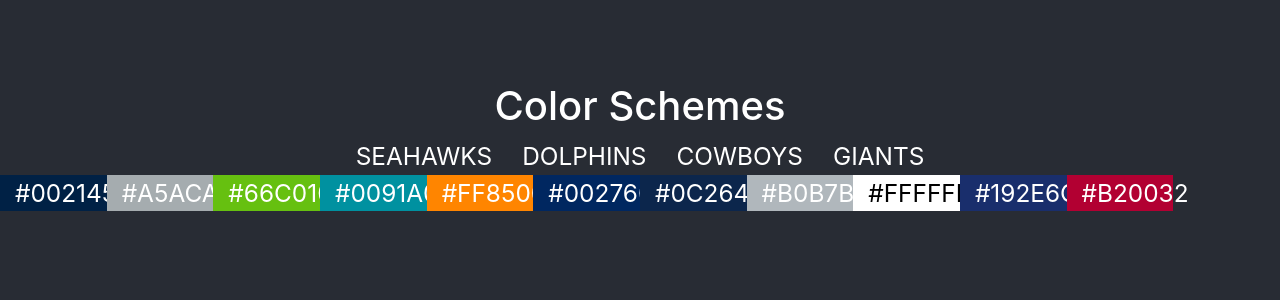
Repository: MikeTroianello/troianello.co
Page: /projects
The author's editor kept a copy of each file at every save. The page is drawn from the files as they stood at one save, then again after the next save.
The browser window is 1280 px wide. The pictures show the whole page.
The project was rebuilt for these pictures with package versions that can differ from the ones it lists, and the page was loaded fresh each time.

Above is the page before, as saved 2019-06-24 18:05:59.

### src/App.js
import React from 'react';

import './App.css';

function App() {
  return (
    <div className='App'>
      <header className='App-header'>
        <h1>Color Schemes</h1>
        <div className='container-fluid'>
          <div>
            <span className='col-3'>SEAHAWKS</span>
            <span className='col-3'>DOLPHINS</span>
            <span className='col-3'>COWBOYS</span>
            <span className='col-3'>GIANTS</span>
          </div>
          <div className='row'>
            {/* <div className='teams seahawks'> */}

            <div className='col-1 s-blue'>#002145</div>
            <div className='col-1 s-gray'>#A5ACAF</div>
            <div className='col-1 s-green'>#66C010</div>
            {/* </div> */}
            {/* <div className='col-1 teams dolphins'> */}

            <div className='col-1 d-aqua'>#0091A0</div>
            <div className='col-1 d-orange'>#FF8500</div>
            <div className='col-1 d-dark-blue'>#002760</div>
            {/* </div> */}
            {/* <div className='col-1 teams cowboys'> */}

            <div className='col-1 c-blue'>#0C264C</div>
            <div className='col-1 c-gray'>#B0B7BC</div>
            <div className='col-1 c-white'>#FFFFFF</div>
            {/* </div> */}
            {/* <div className='teams giants'> */}

            <div className='col-1 g-blue'>#192E6C</div>
            <div className='col-1 g-red'>#B20032</div>
            {/* </div> */}
          </div>
        </div>
      </header>
    </div>
  );
}

export default App;

### src/App.css
.App {
  text-align: center;
}

.App-logo {
  animation: App-logo-spin infinite 20s linear;
  height: 40vmin;
  pointer-events: none;
}

.App-header {
  background-color: #282c34;
  min-height: 100vh;
  display: flex;
  flex-direction: column;
  align-items: center;
  justify-content: center;
  font-size: calc(10px + 2vmin);
  color: white;
}

.App-link {
  color: #61dafb;
}

@keyframes App-logo-spin {
  from {
    transform: rotate(0deg);
  }
  to {
    transform: rotate(360deg);
  }
}
/*
.teams {
  height: 100%;
  width: 80%;
  padding: 5% 10%;
} */

/* .teams > div {
  height: 100%;
  width: 80%;
  padding: 5% 10%;
} */

.container-fluid {
  height: 500px;
}
.row1 {
  height: 500px;
}

.s-blue {
  background-color: #002145;
}

.s-gray {
  background-color: #a5acaf;
}

.s-green {
  background-color: #66c010;
}

.d-aqua {
  background-color: #0091a0;
}
.d-orange {
  background-color: #ff8500;
}
.d-dark-blue {
  background-color: #002760;
}

.c-blue {
  background-color: #0c264c;
}

.c-gray {
  background-color: #b0b7bc;
}

.c-white {
  background-color: #ffffff;
  color: #000000;
}

.g-blue {
  background-color: #192e6c;
}

.g-red {
  background-color: #b20032;
}

Loaded but not shown: public/index.html (common file); src/index.js (common file); src/index.css (common file); src/serviceWorker.js (common file)

After the next save:
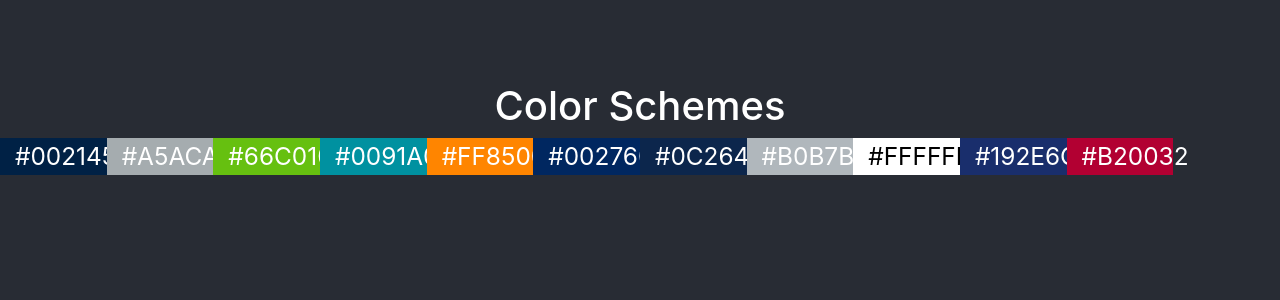
Saved 19 s later.
--- a/src/App.js
+++ b/src/App.js
@@ -8,12 +8,12 @@
       <header className='App-header'>
         <h1>Color Schemes</h1>
         <div className='container-fluid'>
-          <div>
-            <span className='col-3'>SEAHAWKS</span>
-            <span className='col-3'>DOLPHINS</span>
-            <span className='col-3'>COWBOYS</span>
-            <span className='col-3'>GIANTS</span>
-          </div>
+          {/* <div>
+            <h1 className='col-3'>SEAHAWKS</h1>
+            <h1 className='col-3'>DOLPHINS</h1>
+            <h1 className='col-3'>COWBOYS</h1>
+            <h1>GIANTS</h1>
+          </div> */}
           <div className='row'>
             {/* <div className='teams seahawks'> */}
 
